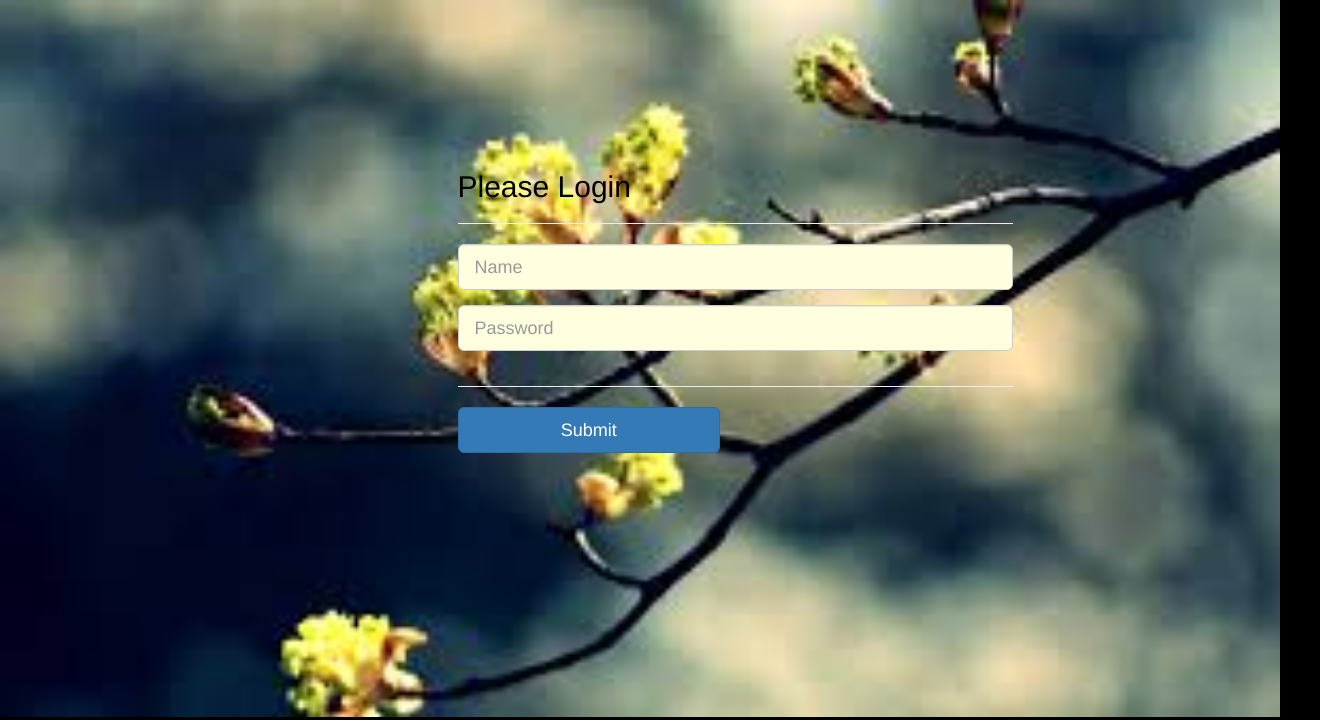
Repository: 123poornima/UpdatedSecondProject
Page: frontendPro/WebContent/_user/login.html
An editor plug-in stored every save of this project. The page is shown before and after the next save, followed by the edit.
The browser window is 1280 px wide. The page is 1320 px wide, so the pictures cover 1320 px, including what lies to the right of the window. The pictures show the whole page.

Above is the page before, as saved 2017-01-10 04:38:26.

### frontendPro/WebContent/_user/login.html
<!DOCTYPE html>
<html>
<head>
<meta charset="ISO-8859-1">
<link rel="stylesheet" href="http://maxcdn.bootstrapcdn.com/bootstrap/3.3.7/css/bootstrap.min.css">

<!-- jQuery library -->
<script src="https://ajax.googleapis.com/ajax/libs/jquery/1.12.4/jquery.min.js"></script>

<!-- Latest compiled JavaScript -->
<script src="http://maxcdn.bootstrapcdn.com/bootstrap/3.3.7/js/bootstrap.min.js"></script>
<title>Insert title here</title>
<style>
body{
background-image: url(resources/images/secpro4.jpg);
background-size:     cover;
    background-repeat:   no-repeat;
    background-color:black;
 }
</style>
</head>
<body>
<div class="container" style="align:center; margin: 150px 0px 0px 150px">
   <div class="row">
    <div class="col-xs-12 col-sm-8 col-md-6 col-sm-offset-4 col-md-offset-3">


          <h2 style="color:#000000">Please Login</h2>
	     <hr class="colorgraph">
        <div class="row">
				<div class="col-sm-12 ">
					<div class="form-group">
						<input style="background-color:#FFFFE0" type="text" ng-model="user.username" placeholder="Name" name="username" class="form-control input-lg"  />
					</div>
		       </div>
		 </div>

		 <div class="row">
				<div class="col-xs-12">
					<div class="form-group">
						<input style="background-color:#FFFFE0" type="password"  name="password" ng-model="user.password" placeholder="Password" class="form-control input-lg"  tabindex="2" />
					</div>
			 </div>
		</div>
			<hr class="colorgraph">
 			<div class="row">
				<div class="col-xs-12 col-md-6"><input type="submit" ng-click="submit()" class="btn btn-primary btn-block btn-lg" tabindex="7"></div>

			</div>

			</div>
	  </div>
	</div>
</body>
</html>

After the next save:
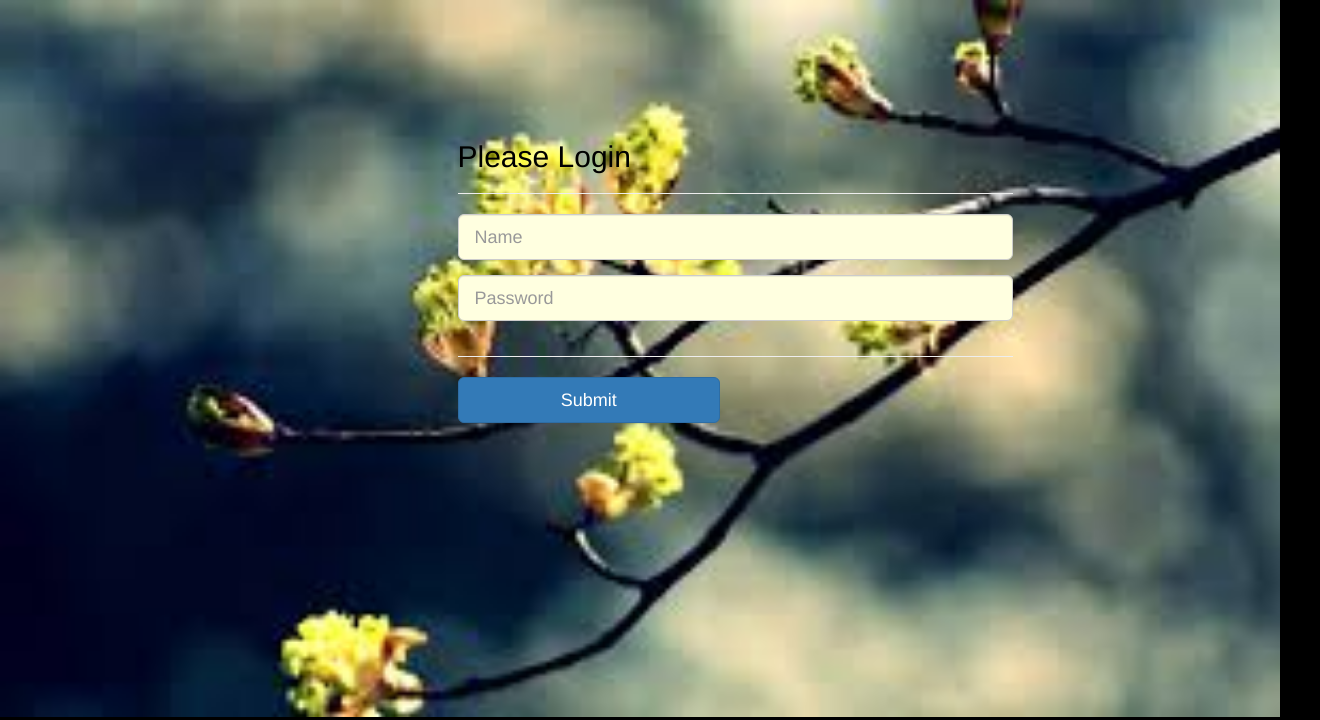
Saved 69 min 24 s later.
--- a/frontendPro/WebContent/_user/login.html
+++ b/frontendPro/WebContent/_user/login.html
@@ -20,7 +20,7 @@ background-size:     cover;
 </style>
 </head>
 <body>
-<div class="container" style="align:center; margin: 150px 0px 0px 150px">
+<div class="container" style="align:center; margin: 120px 0px 0px 150px">
    <div class="row">
     <div class="col-xs-12 col-sm-8 col-md-6 col-sm-offset-4 col-md-offset-3">
 
